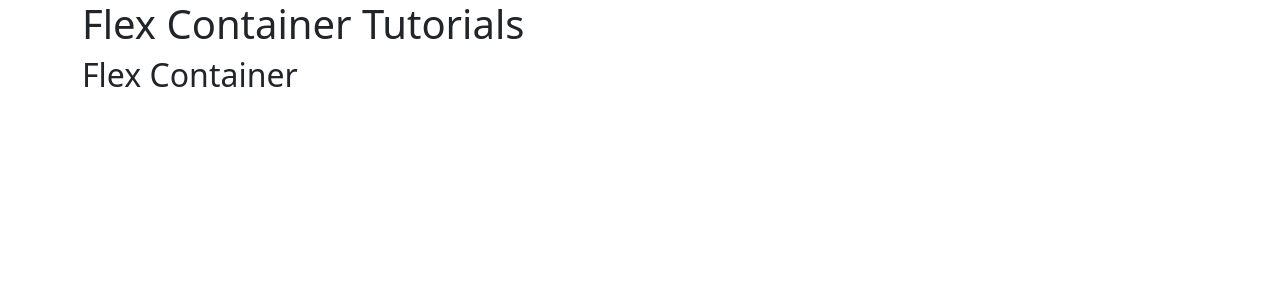
Repository: tandoan-teaching/teaching
Page: ltt/web/exercises/flexbox/flex-container.html
These files come from the project's save history. The page is drawn as it stood at one moment and after a run of saves; the edit follows.
The browser window is 1280 px wide. The pictures show the whole page.

Above is the page before, as saved 2024-03-24 16:08:11.

After the next 2 saves:
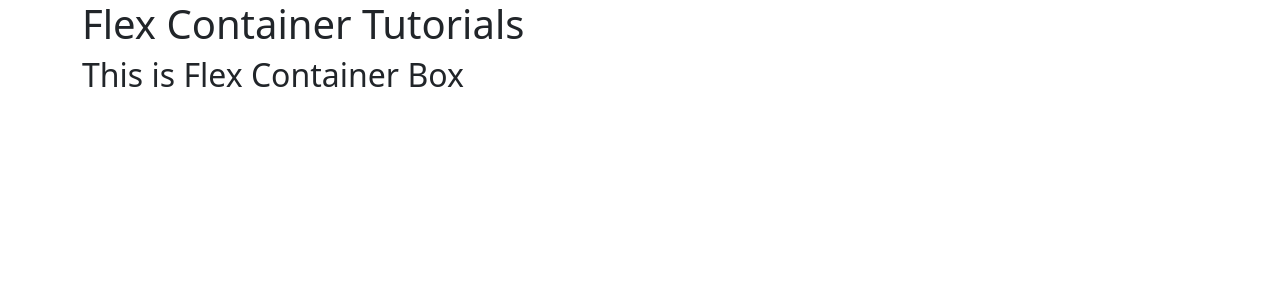
The 2 saves are shown as one change because they came seconds apart.
The last was saved 9 s later.
--- a/ltt/web/exercises/flexbox/flex-container.html
+++ b/ltt/web/exercises/flexbox/flex-container.html
@@ -17,7 +17,7 @@
 
         <div class="flex-container">
             <h2>
-                Flex Container
+                This is Flex Container Box
             </h2>
         </div>
 
